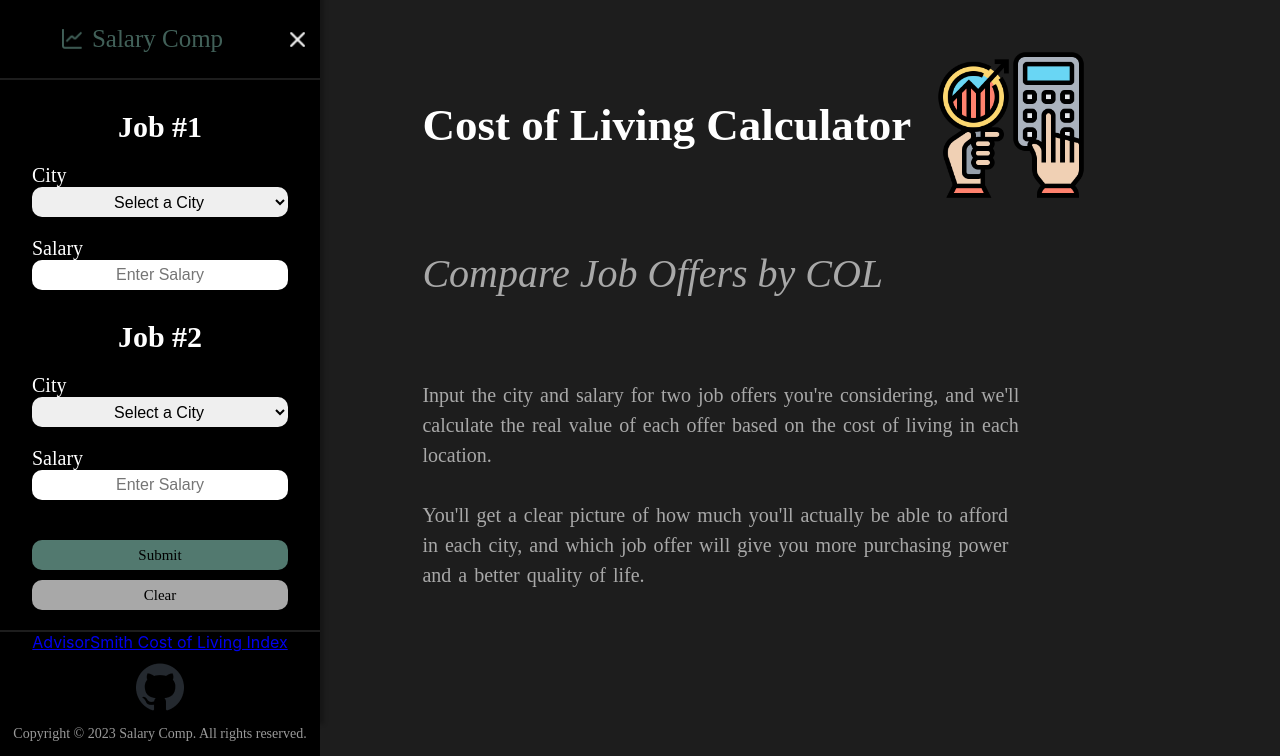
Repository: robbymcd/Salary-Comp
Page: /
The author's editor kept a copy of each file at every save. The page is drawn from the files as they stood at one save, then again after a run of saves.
The browser window is 1280 px wide. The pictures show the whole page.
Some web fonts or font styles are not loaded; a fallback is used. The project was rebuilt for these pictures with package versions that can differ from the ones it lists, and the page was loaded fresh each time. Also part of the build but not shown: src/Main.css, src/Main.js.

Above is the page before, as saved 2023-06-16 11:41:34.

### public/index.html
<!DOCTYPE html>
<html lang="en">
  <head>
    <meta charset="utf-8" />
    <link rel="icon" href="%PUBLIC_URL%/favicon.ico" />
    <meta name="viewport" content="width=device-width, initial-scale=1" />
    <meta name="theme-color" content="#000000" />
    <meta
      name="description"
      content="Compare Job Offers by COL"
    />
    <link rel="apple-touch-icon" href="%PUBLIC_URL%/logo192.png" />
    <!--
      manifest.json provides metadata used when your web app is installed on a
      user's mobile device or desktop. See https://developers.google.com/web/fundamentals/web-app-manifest/
    -->
    <link rel="manifest" href="%PUBLIC_URL%/manifest.json" />
    <!--
      Notice the use of %PUBLIC_URL% in the tags above.
      It will be replaced with the URL of the `public` folder during the build.
      Only files inside the `public` folder can be referenced from the HTML.

      Unlike "/favicon.ico" or "favicon.ico", "%PUBLIC_URL%/favicon.ico" will
      work correctly both with client-side routing and a non-root public URL.
      Learn how to configure a non-root public URL by running `npm run build`.
    -->
    <title>Salary Comp</title>
  </head>
  <body>
    <noscript>You need to enable JavaScript to run this app.</noscript>
    <div id="root"></div>
    <!--
      This HTML file is a template.
      If you open it directly in the browser, you will see an empty page.

      You can add webfonts, meta tags, or analytics to this file.
      The build step will place the bundled scripts into the <body> tag.

      To begin the development, run `npm start` or `yarn start`.
      To create a production bundle, use `npm run build` or `yarn build`.
    -->
  </body>
</html>

### src/index.css
body {
  margin: 0;
  font-family: -apple-system, BlinkMacSystemFont, 'Segoe UI', 'Roboto', 'Oxygen',
    'Ubuntu', 'Cantarell', 'Fira Sans', 'Droid Sans', 'Helvetica Neue',
    sans-serif;
  -webkit-font-smoothing: antialiased;
  -moz-osx-font-smoothing: grayscale;
  height: 100%;
  width: 100%;
}

html {
  height: 100%;
  width: 100%;
  background-color: #1D1D1D;
}

code {
  font-family: source-code-pro, Menlo, Monaco, Consolas, 'Courier New',
    monospace;
}

### src/App.js
import React, { useState } from 'react';
import './App.css';
import Sidebar from './Sidebar.js';
import Content from './Content.js';

function App() {
  const [isSubmitted, setIsSubmitted] = useState(false);
  const [cityCOL1, setCityCOL1] = useState('');
  const [cityCOL2, setCityCOL2] = useState('');
  const [cityName1, setCityName1] = useState('');
  const [cityName2, setCityName2] = useState('');
  const [salary1, setSalary1] = useState('');
  const [salary2, setSalary2] = useState('');

  const handleFormSubmit = (formData) => {
    setIsSubmitted(true);
    setCityCOL1(formData.cityCOL1);
    setCityCOL2(formData.cityCOL2);
    setCityName1(formData.cityName1);
    setCityName2(formData.cityName2);
    setSalary1(formData.salary1);
    setSalary2(formData.salary2);
  };

  return (
    <div className="main">
        <Sidebar onFormSubmit={handleFormSubmit}/>
        <Content isSubmitted={isSubmitted} cityCOL1={cityCOL1} cityCOL2={cityCOL2} cityName1={cityName1} cityName2={cityName2} salary1={salary1} salary2={salary2} />
    </div>
  );
}

export default App;

### src/App.css
.main {
    display: flex;
    flex-direction: row;
    height: 200%;
    width: 100%;
    background-color: #1D1D1D;
}

### src/Sidebar.js
import React, { useState, useRef } from 'react';
import plus from './plus.png';
import './Sidebar.css';
import chart from './chart.png';
import github from './github.png';
import x from './x.png';
import './OpenSidebar.css';
import './Select.css';

export default function Sidebar( { onFormSubmit } ) {
    const [isOpen, setIsOpen] = useState(true);
    const [isClosed, setIsClosed] = useState(false);

    const [city1, setCity1] = useState('0');
    const [city2, setCity2] = useState('0');

    const [salary1, setSalary1] = useState('');
    const [salary2, setSalary2] = useState('');


    const [error, setError] = useState(false);

    const selectRef1 = useRef(null);
    const selectRef2 = useRef(null);

    const formatSalary = (salary) => {
        salary = salary.replace(/[^0-9]/g, '');

        // Convert the salary to a number and format it with commas
        const formattedSalary = Number(salary).toLocaleString();

        // Add the '$' symbol
        return '$' + formattedSalary;
    }

    const openSidebar = () => {
        setIsOpen(true);
        setIsClosed(false);
    }

    const closeSidebar = () => {
        setIsOpen(false);
        setIsClosed(true);
    }

    const city1ChangeHandler = (event) => {
        setCity1(event.target.value)
    }

    const city2ChangeHandler = (event) => {
        setCity2(event.target.value);
    }


    const salary1ChangeHandler = (event) => {
        const inputValue = event.target.value;
        const formattedValue = formatSalary(inputValue);
        const regex = /\d/;

        if (regex.test(formattedValue[formattedValue.length - 1])) {
          setSalary1(formattedValue);
        } else {
            setSalary1(formattedValue.slice(0, formattedValue.length - 1));
        }
      }


    const salary2ChangeHandler = (event) => {
        const inputValue = event.target.value;
        const formattedValue = formatSalary(inputValue);
        const regex = /\d/;
        if (regex.test(formattedValue[formattedValue.length - 1])) {
            setSalary2(formattedValue);
        } else {
            setSalary2(formattedValue.slice(0, formattedValue.length - 1));
        }
    }

    const refresh = () => {
        window.location.reload(false);
    }

    const submitHandler = (event) => {
        event.preventDefault();
        if (city1 === '0' | city2 === '0' | salary1 === '' | salary2 === '') {
            setError(true);
            return;
        }
        setError(false);
        const formData = {
            cityCOL1: city1,
            cityCOL2: city2,
            cityName1: selectRef1.current.options[selectRef1.current.selectedIndex].text,
            cityName2: selectRef2.current.options[selectRef2.current.selectedIndex].text,
            salary1: salary1,
            salary2: salary2
        };
        onFormSubmit(formData);
    }

    const clearHandler = (event) => {
        event.preventDefault();
        setError(false);
        setCity1('0');
        setCity2('0');
        setSalary1('');
        setSalary2('');
    }

    return (
        <div className="sidebar">
            {isClosed && (
                <div className='closed-sidebar'>
                <img
                    className="plusIcon"
                    src={plus}
                    alt="plus"
                    onClick={openSidebar}
                />
            </div>
            )}
            {isOpen && (
                <div className='open-sidebar'>
                <div className='sidebar-header'>
                    <div className='logo' onClick={refresh}>
                        <img className='chart' src={chart} alt='Chart'></img>
                        <p>Salary Comp</p>
                    </div>
                    <img className='x' src={x} alt='x' onClick={closeSidebar}></img>
                </div>
                <form className='form' onSubmit={onFormSubmit}>
                    <h1>Job #1</h1>
                    <div className='city'>
                        <label>City</label>
                        <div className="select-main">
                            <select ref={selectRef1} value={city1} className='select-input' onChange={city1ChangeHandler}>
                                <option value='0'>Select a City</option>
                                <option value='89.1'>Abilene, TX</option>
                                <option value='90.5'>Adrian, MI</option>
                                <option value='89.4'>Akron, OH</option>
                                <option value='85.8'>Alamogordo, NM</option>
                                <option value='87.3'>Albany, GA</option>
                                <option value='105.4'>Albany, OR</option>
                                <option value='100.1'>Albany, NY</option>
                                <option value='90.9'>Albertville, AL</option>
                                <option value='92.9'>Albuquerque, NM</option>
                                <option value='86.2'>Alexandria, LA</option>
                                <option value='98.9'>Allentown, PA</option>
                                <option value='90.8'>Altoona, PA</option>
                                <option value='88.2'>Amarillo, TX</option>
                                <option value='91.5'>Ames, IA</option>
                                <option value='110.7'>Anchorage, AK</option>
                                <option value='99.3'>Ann Arbor, MI</option>
                                <option value='85.7'>Anniston, AL</option>
                                <option value='90.7'>Appleton, WI</option>
                                <option value='103.3'>Asheville, NC</option>
                                <option value='87.4'>Ashtabula, OH</option>
                                <option value='88.5'>Athens, OH</option>
                                <option value='92.9'>Athens, TX</option>
                                <option value='95'>Athens, GA</option>
                                <option value='100.3'>Atlanta, GA</option>
                                <option value='102'>Atlantic City, NJ</option>
                                <option value='93.7'>Auburn, NY</option>
                                <option value='91.9'>Auburn, AL</option>
                                <option value='91.6'>Augusta, GA</option>
                                <option value='100'>Augusta, ME</option>
                                <option value='106.6'>Austin, TX</option>
                                <option value='102.9'>Bakersfield, CA</option>
                                <option value='107'>Baltimore, MD</option>
                            </select>
                        </div>
                    </div>
                    <div className='salary'>
                        <label>Salary</label>
                        <input className='salary-input' type='text' placeholder='Enter Salary' onChange={salary1ChangeHandler} value={salary1}></input>
                    </div>
                    <h1>Job #2</h1>
                    <div className='city'>
                        <label>City</label>
                        <div className="select-main">
                            <select ref={selectRef2} value={city2} className='select-input' onChange={city2ChangeHandler}>
                                <option value='0'>Select a City</option>
                                <option value='89.1'>Abilene, TX</option>
                                <option value='90.5'>Adrian, MI</option>
                                <option value='89.4'>Akron, OH</option>
                                <option value='85.8'>Alamogordo, NM</option>
                                <option value='87.3'>Albany, GA</option>
                                <option value='105.4'>Albany, OR</option>
                                <option value='100.1'>Albany, NY</option>
                                <option value='90.9'>Albertville, AL</option>
                                <option value='92.9'>Albuquerque, NM</option>
                                <option value='86.2'>Alexandria, LA</option>
                                <option value='98.9'>Allentown, PA</option>
                                <option value='90.8'>Altoona, PA</option>
                                <option value='88.2'>Amarillo, TX</option>
                                <option value='91.5'>Ames, IA</option>
                                <option value='110.7'>Anchorage, AK</option>
                                <option value='99.3'>Ann Arbor, MI</option>
                                <option value='85.7'>Anniston, AL</option>
                                <option value='90.7'>Appleton, WI</option>
                                <option value='103.3'>Asheville, NC</option>
                                <option value='87.4'>Ashtabula, OH</option>
                                <option value='88.5'>Athens, OH</option>
                                <option value='92.9'>Athens, TX</option>
                                <option value='95'>Athens, GA</option>
                                <option value='100.3'>Atlanta, GA</option>
                                <option value='102'>Atlantic City, NJ</option>
                                <option value='93.7'>Auburn, NY</option>
                                <option value='91.9'>Auburn, AL</option>
                                <option value='91.6'>Augusta, GA</option>
                                <option value='100'>Augusta, ME</option>
                                <option value='106.6'>Austin, TX</option>
                                <option value='102.9'>Bakersfield, CA</option>
                                <option value='107'>Baltimore, MD</option>
                            </select>
                        </div>
                    </div>
                    <div className='salary'>
                        <label>Salary</label>
                        <input className='salary-input' type='text' placeholder='Enter Salary' onChange={salary2ChangeHandler} value={salary2}></input>
                        {error && <p className='error'>Please fill out all fields</p>}
                    </div>
                    <div className='button-container'>
                        <div className='submit-container'>
                            <button className='submit' onClick={submitHandler} type='submit'>Submit</button>
                        </div>
                        <div className='clear-container'>
                            <button className='clear' onClick={clearHandler}>Clear</button>
                        </div>
                    </div>
                </form>
                <div className='footer'>
                    <div className='hiw'>
                        <a href='https://advisorsmith.com/data/coli' target='_blank' rel='noopener noreferrer'>AdvisorSmith Cost of Living Index</a>
                    </div>
                    <img className='github' src={github} alt='github'></img>
                    <p className='copyright'>Copyright © 2023 Salary Comp. All rights reserved.</p>
                </div>
            </div>
            )}
        </div>
    );
}

### src/Content.js
import React from 'react';
import './Content.css';
import Instruction from './Instruction.js';
import Main from './Main.js';

export default function Content({ isSubmitted ,cityCOL1 ,cityCOL2, cityName1, cityName2 , salary1, salary2 }) {

    return (
        <div className='Content-container'>
            {isSubmitted ? <Main cityCOL1={cityCOL1} cityCOL2={cityCOL2} cityName1={cityName1} cityName2={cityName2} salary1={salary1} salary2={salary2}/> : <Instruction />}
        </div>
    );
}

### src/Sidebar.css
@import url('https://fonts.googleapis.com/css?family=Roboto-Mono');
@import url('https://fonts.googleapis.com/css?family=Mukta-Vaani');
.sidebar {
    display: flex;
    height: 100vh;
    width: fit-content;
}

.closed-sidebar {
    display: flex;
    height: 100vh;
    width: fit-content;
    margin-right: 22vw;
}

.plusIcon {
    height: 30px;
    width: 30px;
    margin-left: 20px;
    align-self: center;
    cursor: pointer;
}

.plusIcon:hover {
    opacity: 0.5;
}

.error {
    display: flex;
    font-size: 15px;
    margin-bottom: -15px;
    color: #BA1F33;
}

.button-container {
    display: flex;
    flex-direction: column;
    gap: 10px;
    margin-top: 20px;
}

.submit-container {
    display: flex;
}

.submit {
    height: 30px;
    width: clamp(100px, 20vw, 300px);
    border-radius: 10px;
    border: none;
    outline: none;
    cursor: pointer;
    background-color: #52796F;
    font-family: Mukta Vaani;
    font-size: 15px;
    color: #000;
    box-shadow: 0px 4px 4px rgba(0, 0, 0, 0.25);
}

.submit:hover {
    opacity: 0.8;
}

.clear-container {
    display: flex;
}

.clear {
    height: 30px;
    width: clamp(100px, 20vw, 300px);
    border-radius: 10px;
    border: none;
    outline: none;
    cursor: pointer;
    background-color: #a8a8a8;
    font-family: Mukta Vaani;
    font-size: 15px;
    color: #000;
    box-shadow: 0px 4px 4px rgba(0, 0, 0, 0.25);
}

.clear:hover {
    opacity: 0.8;
}

@media screen and (min-width: 1650px) {
    .button-container {
        gap: 20px;
    }
}

### src/OpenSidebar.css
@import url('https://fonts.googleapis.com/css?family=Roboto-Mono');
@import url('https://fonts.googleapis.com/css?family=Mukta-Vaani');

.open-sidebar {
    display: flex;
    flex-direction: column;
    height: 100vh;
    width: 25vw;
    background-color: #000;
    box-shadow: 0px 0px 4px 4px rgba(0, 0, 0, 0.25);
    margin-right: 8vw;
    transition: transform 0.3s ease-in-out;
}

.sidebar-header {
    display: flex;
    width: 25vw;
    border-bottom: 2px solid #1d1d1d;
    justify-content: space-between;
    align-items: center;
}

.sidebar-wrapper {
    display: inline-block;
}

.centering {
    display: flex;
    flex-direction: row;
    width: 100%;
    align-self: center;
    align-items: center;
    justify-content: center;
}

.logo {
    display: flex;
    flex-direction: row;
    width: 100%;
    align-items: center;
    justify-content: center;
    gap: 10px;
    cursor: pointer;
}

.logo:hover {
    opacity: .8;
}

.logo p {
    font-family: Roboto Mono;
    color: #52796F;
    font-size: 25px;
}

.chart {
    height: 20px;
    width: 20px;
}

.city {
    display: flex;
    flex-direction: column;
    font-family: Mukta Vaani;
    font-style: normal;
    font-weight: 300;
    font-size: 20px;
    color: #fff;
}

.salary{
    display: flex;
    flex-direction: column;
    font-family: Mukta Vaani;
    font-style: normal;
    font-weight: 300;
    font-size: 20px;
    color: #fff;
}

.salary label {
    display: flex;
    justify-self: center;
}

.form {
    display: flex;
    flex-direction: column;
    font-family: Mukta Vaani;
    height: 100%;
    align-items: center;
    gap: 20px;
    border-bottom: 2px solid #1d1d1d;
    justify-content: center;
    padding: 20px;
}

.form h1 {
    color: #fff;
    font-family: Roboto Mono;
    font-size: 30px;
    font-weight: 700;
    font-style: normal;
    text-align: center;
    margin-top: 10px;
    margin-bottom: 0px;
}

select {
    cursor: pointer;
}

input {
    text-decoration: none;
    height: 30px;
    width: clamp(100px, 20vw, 300px);
    border-radius: 10px;
    outline: none;
    border: none;
    padding: 0;
    text-align: center;
    font-size: 16px;
    cursor: pointer;
}

.salarycomp {
    height: 80px;
    width: 360px;
}

.x {
    height: 25px;
    width: 25px;
    cursor: pointer;
    margin-right: 10px;
}

.x:hover {
    opacity: 0.5;
    transition: ease-in-out 0.2s;
}

.footer {
    display: flex;
    flex-direction: column;
    align-items: center;
    justify-content: center;
    width: 100%;
    background-color: #000;
}

.footer p {
    color: #fff;
    opacity: .6;
    font-family: 'Mukta Vaani';
    font-style: normal;
    font-weight: 300;
    font-size: 14px;
}

.hiw {
    display: flex;
    flex-direction: row;
    align-items: center;
    justify-content: center;
    margin-bottom: 0;
}

.hiv a {
    font-size: 14px;
    font-weight: 300;
    font-family: 'Mukta Vaani';
    color: blue;
}

.github {
    height: 50px;
    width: 50px;
    margin-top: 10px;
    cursor: pointer;
}

.github:hover {
    opacity: 0.8;
}

@media screen and (max-width: 1000px) {
    .footer p {
        font-size: 10px;
    }
}

@media screen and (min-height: 800px) {
    .form h1 {
        margin-top: 0;
        margin-bottom: 20px;
    }

    input {
        margin-bottom: 50px;
    }
}

### src/Select.css
.select-main {
    text-decoration: none;
    height: 30px;
    width: clamp(100px, 20vw, 300px);
    border-radius: 10px;
    outline: none;
    text-align: center;
    font-size: 16px;
}

.select-main select {
    text-align: center;
    text-decoration: none;
    outline: none;
    border: none;
    height: 30px;
    width: clamp(100px, 20vw, 300px);
    border-radius: 10px;
    font-size: 16px;
    padding-left: 10px;
}

### src/Content.css
@import url('https://fonts.googleapis.com/css?family=Kadwa');
@import url('https://fonts.googleapis.com/css?family=Hind-Madurai');

.Content-container {
    display: flex;
    width: 100%;
}

.header {
    display: flex;
    flex-direction: row;
    align-items: center;
    margin-top: 50px;
    gap: 25px;
}

.content h1 {
    font-family: Kadwa;
    font-weight: bold;
    font-size: 45px;
    height: 100%;
    margin: 0;
}

.content h2 {
    font-family: Hind Madurai;
    font-size: 40px;
    color: #a8a8a8;
    margin-top: 50px;
    width: 75%;
    font-weight: 500;
    font-style: italic;
}

.content p {
    display: flex;
    width: 50vw;
    font-family: Hind Madurai;
    font-size: 20px;
    color: #a8a8a8;
    word-spacing: 2px;
    line-height: 1.5;
    margin-top: 50px;
    width: 70%;
}

.content {
    display: flex;
    flex-direction: column;
    color: #fff;
    height: fit-content;
    width: 100%;
    justify-items: center;
}

.calculator {
    display: flex;
    height: 150px;
    width: 150px;
}

### src/Instruction.js
import calculator from './calculator.png';

export default function Instruction() {
    return (
        <div className="content">
            <div className="header">
                <h1>Cost of Living Calculator</h1>
                <img className="calculator" src={calculator} alt='calculator'></img>
            </div>
            <h2>Compare Job Offers by COL</h2>
            <p>Input the city and salary for two job offers you're considering, and we'll calculate the real value of each offer based on the cost of living in each location.<br/><br/>You'll get a clear picture of how much you'll actually be able to afford in each city, and which job offer will give you more purchasing power and a better quality of life.
            </p>
        </div>
    );
}

Loaded but not shown: src/index.js (common file); src/reportWebVitals.js (common file)

After the next 2 saves:
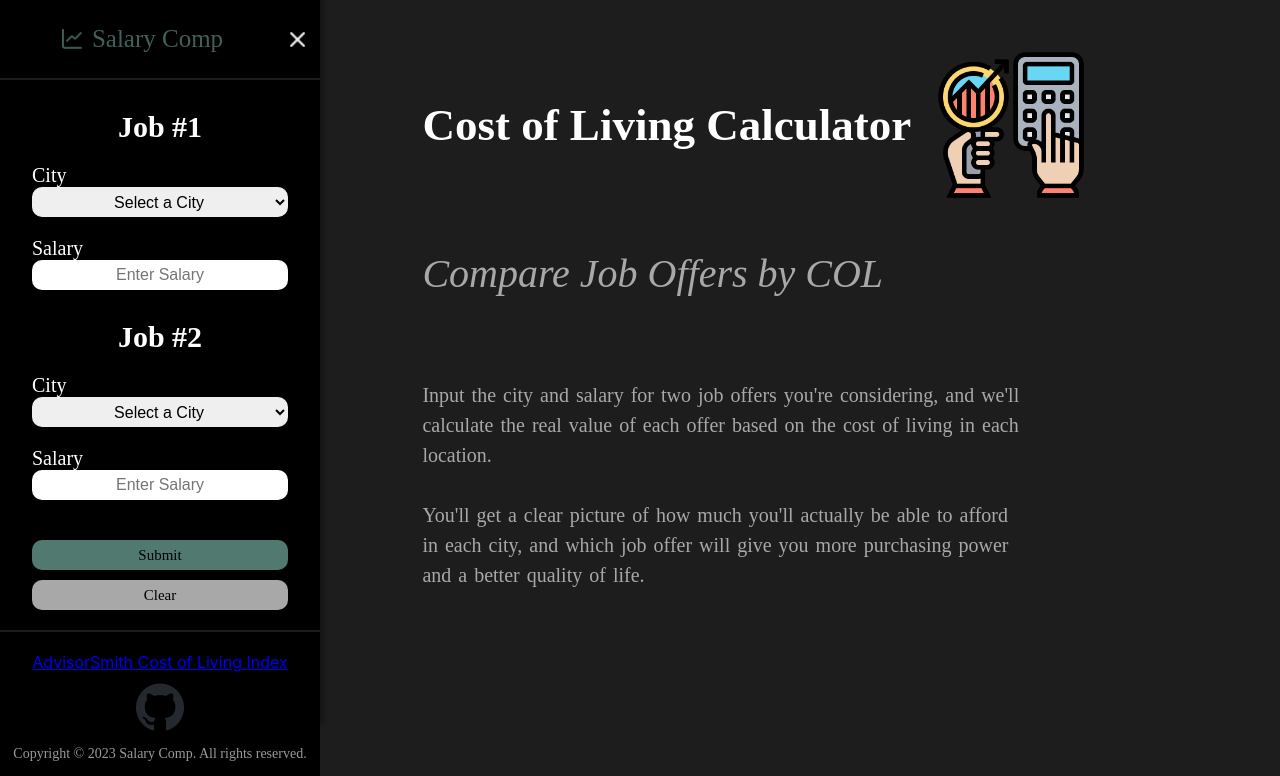
The 2 saves are shown as one change because they came seconds apart.
The last was saved 11 s later.
--- a/src/OpenSidebar.css
+++ b/src/OpenSidebar.css
@@ -163,7 +163,7 @@ input {
     flex-direction: row;
     align-items: center;
     justify-content: center;
-    margin-bottom: 0;
+    margin-top: 20px;
 }
 
 .hiv a {
